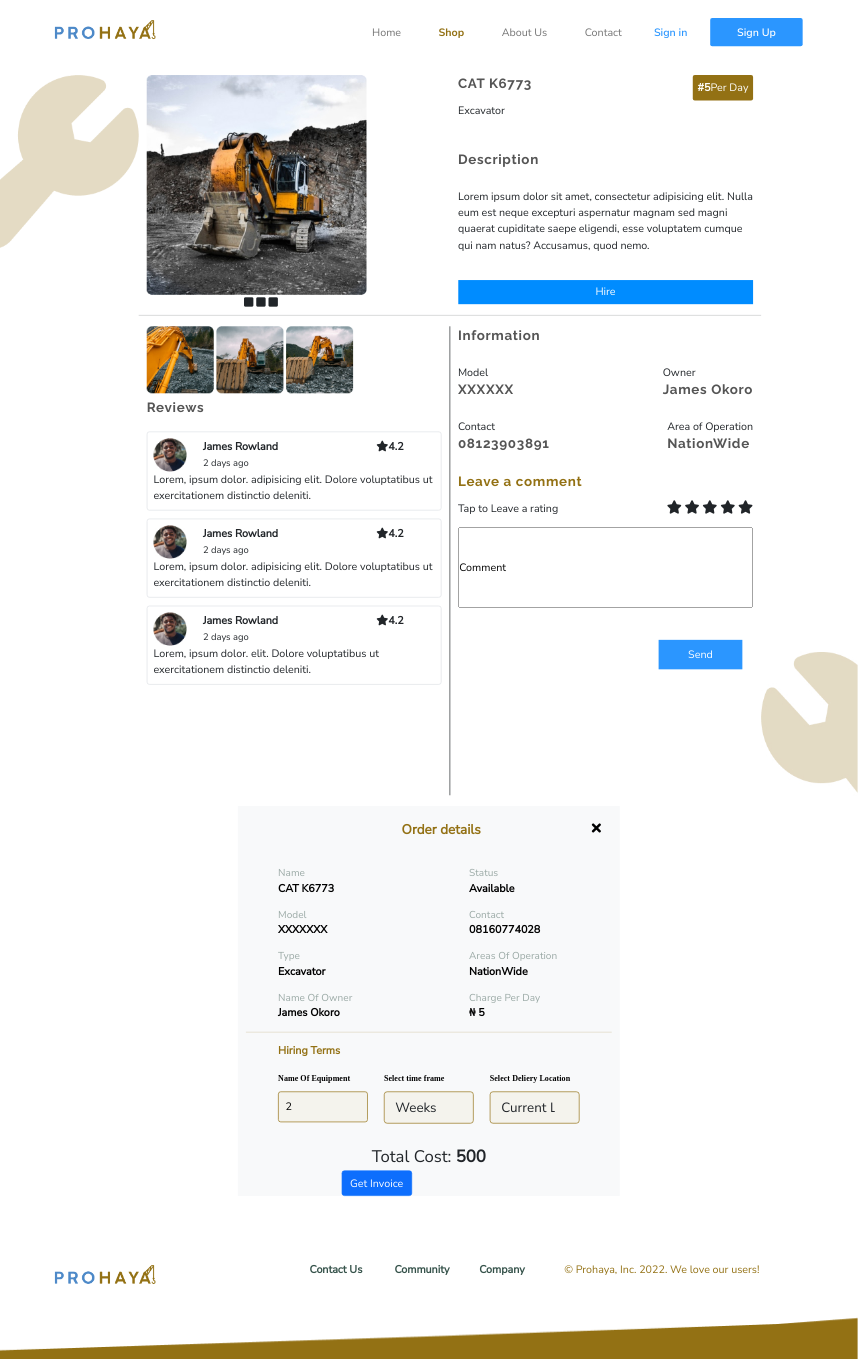
Repository: stormcelltech/Prohaya-UI
Page: equipdetails.html
These files come from the project's save history. The page is drawn as it stood at one moment and after the next save; the edit follows.
The browser window is 1280 px wide. The pictures show the whole page, at 67% of full size.
Some web libraries are served in a nearby version.

Above is the page before, as saved 2022-04-20 10:32:25.
Console error: TypeError: $(...).owlCarousel is not a function

After the next save:
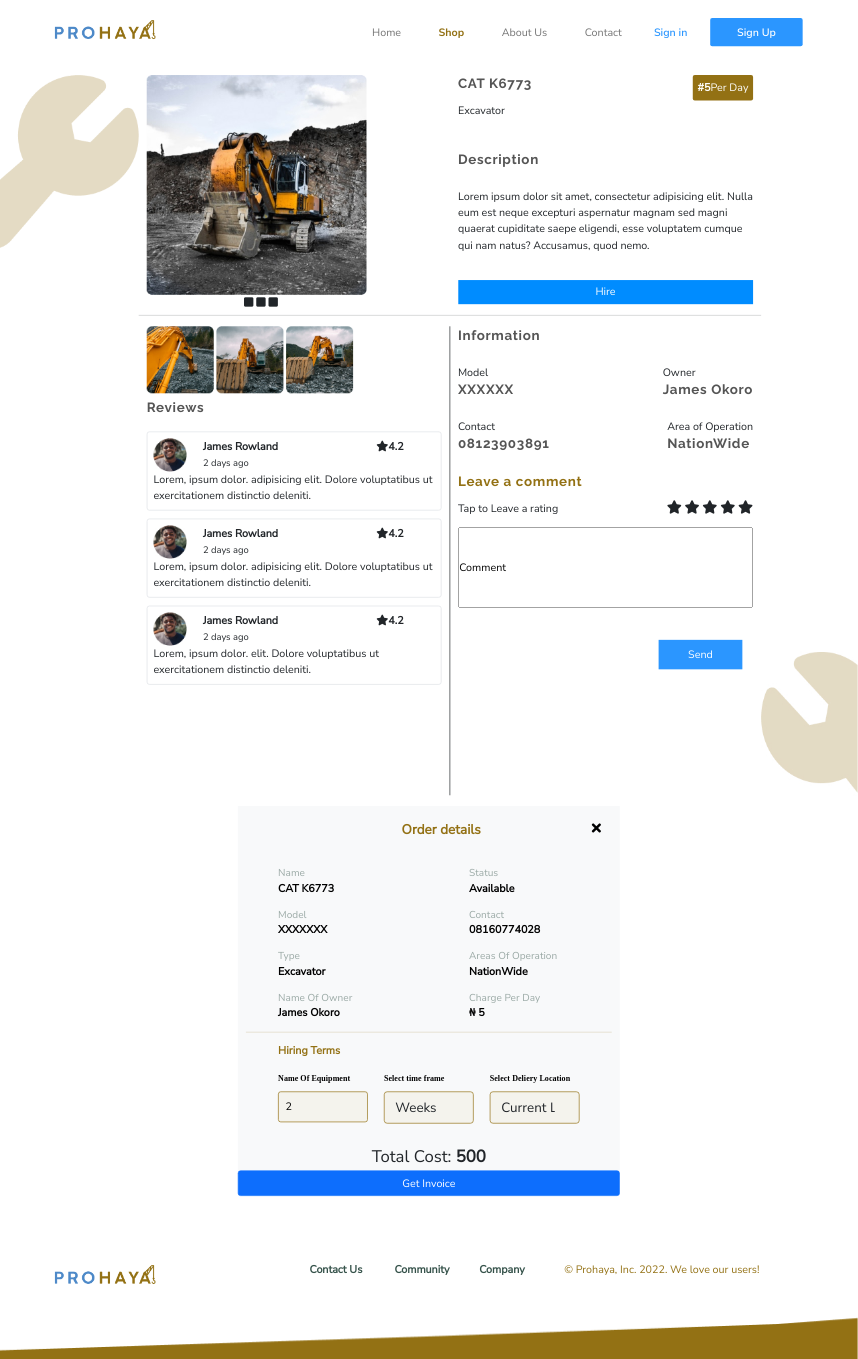
Saved 12 s later.
--- a/equipdetails.html
+++ b/equipdetails.html
@@ -280,11 +280,8 @@
                         <div class="row ">
                             <span class="text-center custom-cost">Total Cost: <strong>500</strong></span>
                         </div>
-                        <div class="row justify-content-center">
-                            <div class="col-6 m-auto">
-                                <button type="submit" class="btn btn-primary text-center">Get Invoice</button>
-                            </div>
-
+                        <div class="row">
+                            <button type="submit" class="btn btn-primary">Get Invoice</button>
                         </div>
                     </form>
 
